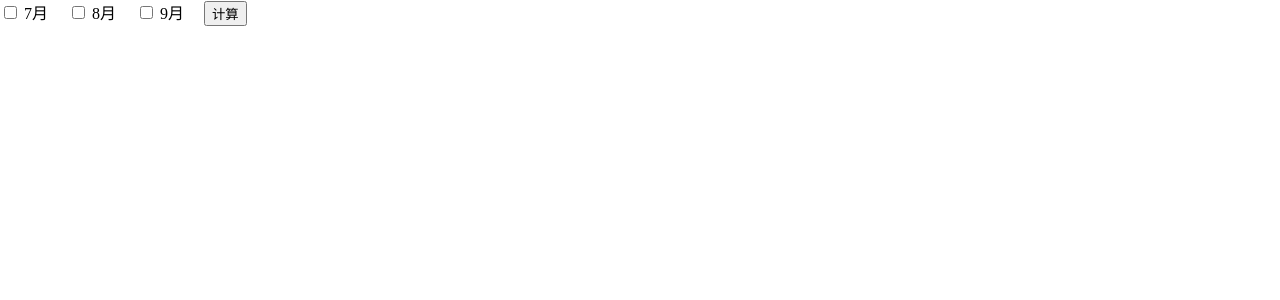
Repository: laiwenfeng/Luosu
Page: app/view/monthdata.html
These files come from the project's save history. The page is drawn as it stood at one moment and after the next save; the edit follows.
The browser window is 1280 px wide. The pictures show the whole page.

Above is the page before, as saved 2020-10-10 09:46:07.

### app/view/monthdata.html
<!-- app/view/monthdata.html -->
<html>

    <head>
        <title>monthdata.html</title>
        <style>
            html,
            body {
                width: 100%;
                margin: 0%;
                padding: 0%;
            }
        </style>
    </head>
    <script src="../public/js/jQuery/jquery.min.js"></script>

    <body>
        <div>
            <input id="month7" name="month" type="checkbox" value="7" />
            <label for="month7" >7月</label>&nbsp;&nbsp;&nbsp;&nbsp;
            <input id="month8" name="month" type="checkbox" value="8" />
            <label for="month8">8月</label>&nbsp;&nbsp;&nbsp;&nbsp;
            <input id="month9" name="month" type="checkbox" value="9" />
            <label for="month9">9月</label>&nbsp;&nbsp;&nbsp;&nbsp;
            <button onclick="Monthdata()">计算</button>
        </div>
        <div id="monthdata"></div>
    </body>

</html>
<script type="text/javascript">
    // 封装获取 cookie 的方法
    function getCookie(name) {
        var arr, reg = new RegExp("(^| )" + name + "=([^;]*)(;|$)");
        if (arr = document.cookie.match(reg))
            return unescape(arr[2]);
        else
            return null;
    }

    function Monthdata() {
        let month = []
        $("input[name=month]:checked").each(function () {
            month.push(this.value)
        })

        $.ajax({
            url: '/monthdata/monthdata',
            type: 'get',
            data: { "months": month.join(",") },
            headers: {
                // 前后端不分离的情况加每次打开客户端，egg会直接在客户端的 Cookie 中写入密钥 ，密钥的 Key 就是 'scrfToken' 这个字段，所以直接获取就好了
                'x-csrf-luosu-token': getCookie("csrfToken"),
            },
            dataType: "json",
            success: ShowTimeList
        })
    }


    function ShowTimeList(finaldata){
        let month = []
        $("input[name=month]:checked").each(function () {
            month.push(this.value)
        })

        let SendData = SendDataInit(finaldata, month)
        document.getElementById('monthdata').innerHTML = SendData["html"]
    }


    function SendDataInit(grlist, month) {
        const PersonFilter = ["张思轶", "高进", "褚锦涛", "陈敬波", "蒋超"]

        let deptObj = {
            "前端开发组": "技术开发部",
            "服务开发组": "技术开发部",
            "架构组": "技术开发部",
            "测试组": "运维测试部"
        }

        let tempAry = []
        for (let i in grlist) {
            let { name } = grlist[i]
            if (PersonFilter.indexOf(name) == -1) {
                tempAry.push(grlist[i])
            }
        }

        tempAry.sort(function (a, b) {
            let ace = parseFloat(a["cehstime"]), bce = parseFloat(b["cehstime"])
            if (ace >= bce) {
                return -1
            }
            return 1
        })

        let alltime = 0, jstime = 0, cstime = 0, alltemp = 0, jstemp = 0, cstemp = 0, allrank = 1, jsrank = 1, csrank = 1
        let table = "<table id='tablestyle'>"
            + "<tr class='header'><td><b>责任人</b></td><td><b>核算工时</b></td><td><b>标准工时</b></td><td><b>个人超额工时</b></td><td><b>全体排名(个人)</b></td><td><b>部门排名(个人)</b></td><td><b>备注(个人)</b></td><td><b>超额工时(团队)</b></td><td><b>超额工时(个人+团队)</b></td></tr>"

        for (let i in tempAry) {
            let cehstime = parseFloat(tempAry[i]["cehstime"])
            let bztime = parseFloat(tempAry[i]["bztime"])
            let dept = tempAry[i]["dept"]
            let cepercent = cehstime * 100 / bztime

            if (alltime != cehstime) {
                alltime = cehstime
                allrank += alltemp
                alltemp = 1
            }
            else {
                alltemp++
            }
            if (deptObj[dept] == "技术开发部") {
                if (jstime != cehstime) {
                    jstime = cehstime
                    jsrank += jstemp
                    jstemp = 1
                }
                else {
                    jstemp++
                }
            }
            else if (deptObj[dept] == "运维测试部") {
                if (cstime != cehstime) {
                    cstime = cehstime
                    csrank += cstemp
                    cstemp = 1
                }
                else {
                    cstemp++
                }
            }

            tempAry[i]['rank'] = allrank
            tempAry[i]['deptrank'] = deptObj[dept] == "技术开发部" ? jsrank : csrank

            let remark = ""
            if (cepercent <= -5) {
                remark = "亲爱的小伙伴，你["+month.join("月,")+"月]的工时总和未达标，可以联系你的小组长申请额外任务哦！"
            }
            else if (cepercent > -5 && cepercent < 0) {
                remark = "亲爱的小伙伴，你["+month.join("月,")+"月]的工时总和未达标，接下来还需加油工作才可以拿到奖励哦！"
            }
            else if (cepercent == 0) {
                remark = "亲爱的小伙伴，你["+month.join("月,")+"月]的工时总和刚刚好达标，继续努力工作就可以拿到额外奖励哦！"
            }
            else if (cepercent > 0 && cepercent < 5) {
                remark = "亲爱的小伙伴，做得不错！你["+month.join("月,")+"月]的工时总和已超额，祝贺你拿到额外奖励，继续努力吧！"
            }
            else if (cepercent >= 5 && cepercent < 10) {
                remark = "亲爱的小伙伴，做得不错！你["+month.join("月,")+"月]的工时总和超额大于等于5%，丰厚的额外奖励在等着你！继续加油！"
            }
            else if (cepercent >= 10 && cepercent < 15) {
                let rankremark = "名列团队辛勤榜前茅"
                if (allrank == 1) {
                    rankremark = "荣登团队辛勤榜榜首"
                }
                remark = "亲爱的小伙伴，你辛苦了！你["+month.join("月,")+"月]的工时总和超额大于等于10%，" + rankremark + "，即将收获属于自己的丰厚奖励！继续加油！"
            }
            else if (cepercent >= 15) {
                let rankremark = "名列团队辛勤榜前茅"
                if (allrank == 1) {
                    rankremark = "荣登团队辛勤榜榜首"
                }
                remark = "亲爱的小伙伴，你辛苦了！你["+month.join("月,")+"月]的工时总和超额大于等于15%，" + rankremark + "，即将收获属于自己的丰厚奖励！继续加油！"
            }

            tempAry[i]['remark'] = remark

            table += "<tr><td>" + tempAry[i]["name"] + "</td><td>" + tempAry[i]["hstime"] + "</td><td>" + tempAry[i]["bztime"] + "</td><td>" + tempAry[i]["cehstime"]
                + "</td><td>" + tempAry[i]["rank"] + "</td><td>" + tempAry[i]["deptrank"] + "</td><td>" + tempAry[i]["remark"] + "</td><td>" + tempAry[i]["teamtime"]
                + "</td><td>" + tempAry[i]["cehstimetotal"] + "</td></tr>"
        }
        table += "</table>"

        return { "html": table, "grlist": tempAry }
    }
</script>

Loaded but not shown: app/public/js/jQuery/jquery.min.js (library)

After the next save:
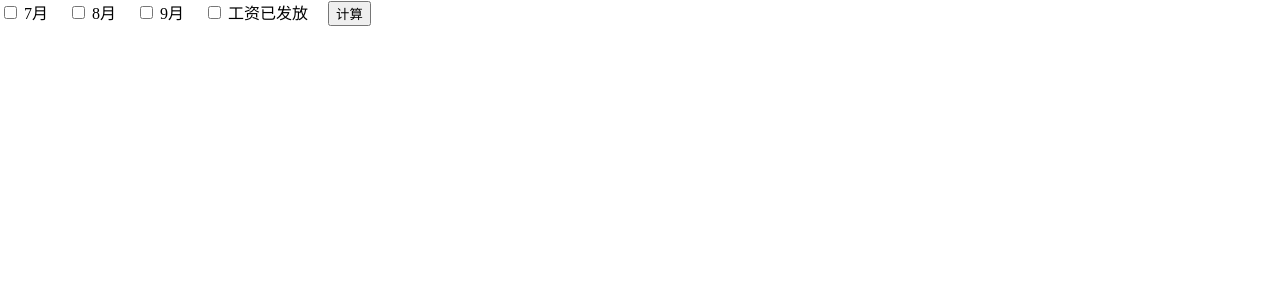
Saved 76 s later.
--- a/app/view/monthdata.html
+++ b/app/view/monthdata.html
@@ -22,6 +22,8 @@
             <label for="month8">8月</label>&nbsp;&nbsp;&nbsp;&nbsp;
             <input id="month9" name="month" type="checkbox" value="9" />
             <label for="month9">9月</label>&nbsp;&nbsp;&nbsp;&nbsp;
+            <input id="issend" name="issend" type="checkbox" value="1" />
+            <label for="issend">工资已发放</label>&nbsp;&nbsp;&nbsp;&nbsp;
             <button onclick="Monthdata()">计算</button>
         </div>
         <div id="monthdata"></div>
